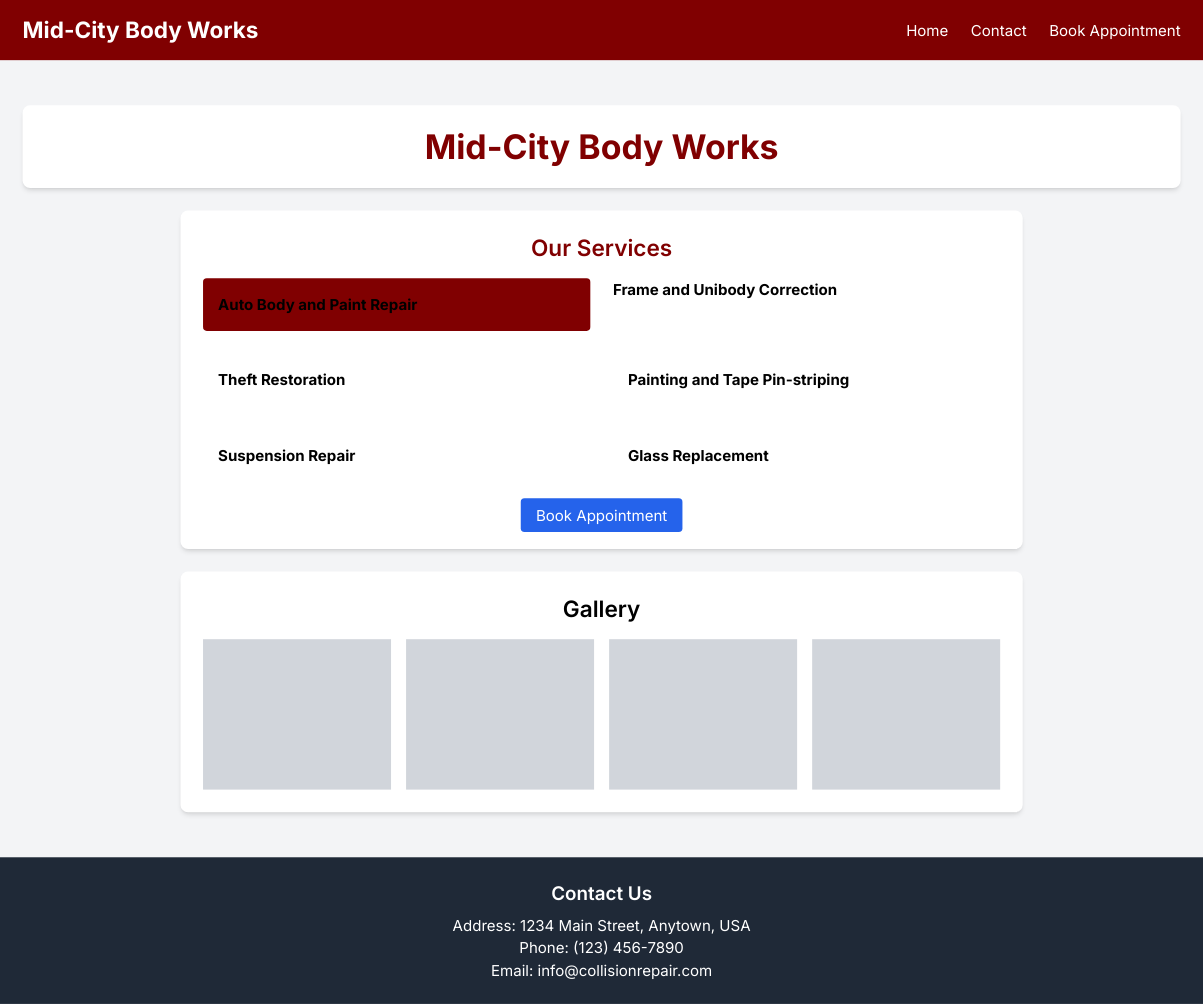
Repository: kayacancode/midcitybodyworks
Page: /
These files come from the project's save history. The page is drawn as it stood at one moment and after the next save; the edit follows.
The browser window is 1280 px wide. The pictures show the whole page, at 94% of full size.
The project was rebuilt for these pictures with package versions that can differ from the ones it lists, and the page was loaded fresh each time. The framework's server and built-in components were replaced by stand-ins that run in the browser. Also part of the build but not shown: next.config.mjs.

Above is the page before, as saved 2024-06-29 12:08:19.

### src/app/page.js
import Image from "next/image";

export default function Home() {
  return (
    <div className="min-h-screen bg-gray-100 flex flex-col">
      {/* Navigation Bar */}
      <header className="bg-[#800001] text-white w-full py-4 flex justify-between items-center px-6">
        <div className="text-2xl font-bold">Mid-City Body Works</div>
        <nav>
          <ul className="flex space-x-6">
            <li><a href="#home" className="hover:underline">Home</a></li>
            <li><a href="#contact" className="hover:underline">Contact</a></li>
            <li><a href="#appointment" className="hover:underline">Book Appointment</a></li>
          </ul>
        </nav>
      </header>

      {/* Hero Section */}
      <main className="flex flex-col items-center p-6">
        <section id="home" className="w-full bg-white p-6 rounded-lg shadow-md mt-6 text-center">
          <h1 className="text-4xl font-bold text-[#800001]">Mid-City Body Works</h1>
        </section>

        {/* Our Services Section */}
        <section className="w-full max-w-4xl bg-white p-6 rounded-lg shadow-md mt-6">
          <h2 className="text-2xl font-semibold mb-4 text-[#800001] text-center">Our Services</h2>
          <div className="grid grid-cols-1 sm:grid-cols-2 gap-6">
            <div className="bg-[#800001] p-4 rounded">
              <h3 className="font-bold">Auto Body and Paint Repair</h3>
            </div>
            <div className="bg-[#800001]p-4 rounded">
              <h3 className="font-bold">Frame and Unibody Correction</h3>
            </div>
            <div className="bg--[#800001] p-4 rounded">
              <h3 className="font-bold">Theft Restoration</h3>
            </div>
            <div className="bg--[#800001] p-4 rounded">
              <h3 className="font-bold">Painting and Tape Pin-striping</h3>
            </div>
            <div className="bg--[#800001] p-4 rounded">
              <h3 className="font-bold">Suspension Repair</h3>
            </div>
            <div className="bg--[#800001] p-4 rounded">
              <h3 className="font-bold">Glass Replacement</h3>
            </div>
          </div>
          <div className="text-center mt-6">
            <a href="#appointment" className="bg-blue-600 text-white px-4 py-2 rounded hover:bg-blue-700">Book Appointment</a>
          </div>
        </section>

        {/* Placeholder Photo Section */}
        <section className="w-full max-w-4xl bg-white p-6 rounded-lg shadow-md mt-6">
          <h2 className="text-2xl font-semibold mb-4 text-center">Gallery</h2>
          <div className="grid grid-cols-2 sm:grid-cols-4 gap-4">
            <div className="bg-gray-300 h-40"></div>
            <div className="bg-gray-300 h-40"></div>
            <div className="bg-gray-300 h-40"></div>
            <div className="bg-gray-300 h-40"></div>
          </div>
        </section>
      </main>

      {/* Footer */}
      <footer className="bg-gray-800 text-white w-full py-6 mt-6">
        <div className="text-center">
          <h3 className="text-xl font-semibold mb-2">Contact Us</h3>
          <p>Address: 1234 Main Street, Anytown, USA</p>
          <p>Phone: (123) 456-7890</p>
          <p>Email: info@collisionrepair.com</p>
        </div>
      </footer>
    </div>
  );
}

Loaded but not shown: src/app/layout.js (common file); src/app/globals.css (common file); tailwind.config.js (common file)

After the next save:
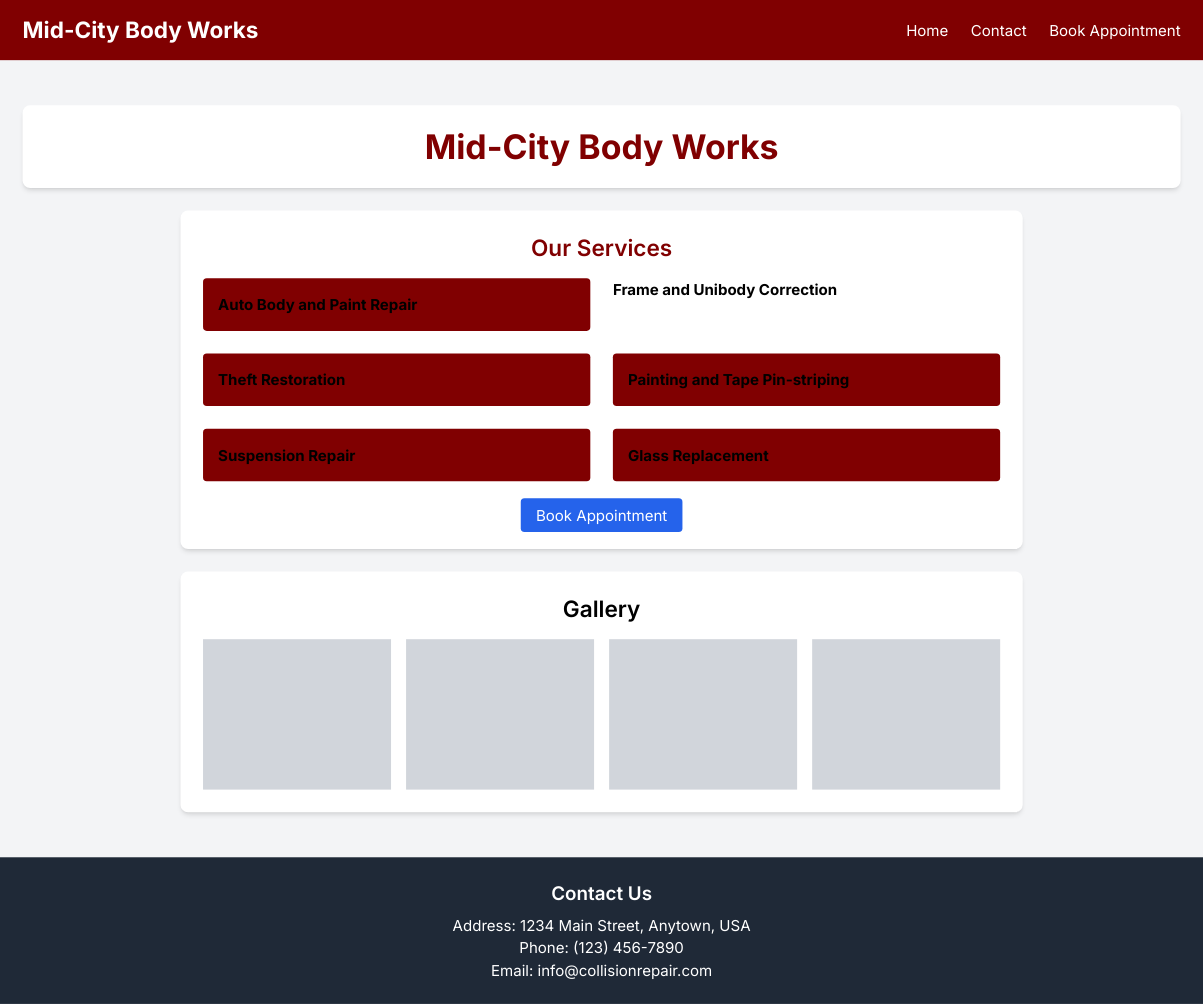
Saved 17 s later.
--- a/src/app/page.js
+++ b/src/app/page.js
@@ -31,16 +31,16 @@ export default function Home() {
             <div className="bg-[#800001]p-4 rounded">
               <h3 className="font-bold">Frame and Unibody Correction</h3>
             </div>
-            <div className="bg--[#800001] p-4 rounded">
+            <div className="bg-[#800001] p-4 rounded">
               <h3 className="font-bold">Theft Restoration</h3>
             </div>
-            <div className="bg--[#800001] p-4 rounded">
+            <div className="bg-[#800001] p-4 rounded">
               <h3 className="font-bold">Painting and Tape Pin-striping</h3>
             </div>
-            <div className="bg--[#800001] p-4 rounded">
+            <div className="bg-[#800001] p-4 rounded">
               <h3 className="font-bold">Suspension Repair</h3>
             </div>
-            <div className="bg--[#800001] p-4 rounded">
+            <div className="bg-[#800001] p-4 rounded">
               <h3 className="font-bold">Glass Replacement</h3>
             </div>
           </div>
